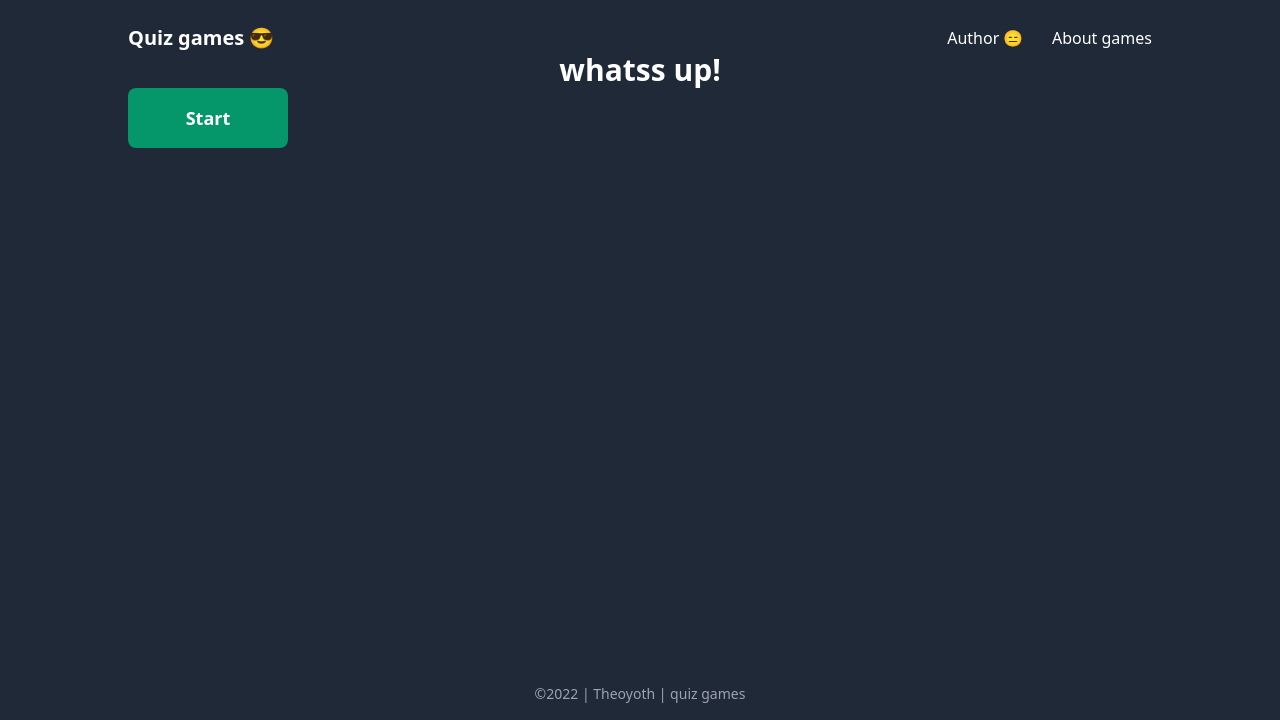
Repository: theoyoth/quiz-game
Page: /
The author's editor kept a copy of each file at every save. The page is drawn from the files as they stood at one save, then again after the next save.
The browser window is 1280 px wide. The pictures show the whole page.
The project was rebuilt for these pictures with package versions that can differ from the ones it lists, and the page was loaded fresh each time. The framework's server and built-in components were replaced by stand-ins that run in the browser. Also part of the build but not shown: nuxt.config.js, components/EndPage.vue, layouts/404.vue, layouts/error.vue, layouts/errorLayout.vue.

Above is the page before, as saved 2022-06-14 17:43:18.

### components/Footer.vue
.<template>
  <div class="absolute bottom-4 left-1/2 transform -translate-x-1/2 z-10">
    <p class="text-sm text-gray-400">&copy;2022 | Theoyoth | quiz games</p>
  </div>
</template>

<script>
export default {

}
</script>

### components/Header.vue
<template>
  <div class="flex justify-between items-center">
    <div>
      <h2 class="font-bold text-xl">
        <NuxtLink to="/">Quiz games 😎</NuxtLink>
      </h2>
    </div>
    <div class="w-1/5 flex justify-between items-center">
      <NuxtLink to="/">Author 😑</NuxtLink>
      <NuxtLink to="/about">About games</NuxtLink>
    </div>
  </div>
</template>

<script>
export default {

}
</script>

### components/Main.vue
<template>
  <div>
    <div class="px-32 py-6 min-h-screen bg-gray-800 text-white">
    <Header />
      <NuxtChild />
    <Footer />
    </div>
  </div>
</template>

<script>
export default {

}
</script>

### layouts/default.vue
<template>
  <Main>
      <Nuxt />
  </Main>
</template>

### pages/index.vue
<template>
  <div>
    <h1 class="text-3xl font-bold text-center">whatss up!</h1>
    <div class="flex items-center">
      <NuxtLink to="/game">
        <div class="w-40 p-4 bg-green-600 hover:bg-green-500 rounded-lg text-center">
          <p class="font-semibold text-lg">Start</p>
        </div>
      </NuxtLink>
    </div>
  </div>
</template>

<script>
export default {
}
</script>

Loaded but not shown: assets/css/main.css (common file); tailwind.config.js (common file)

After the next save:
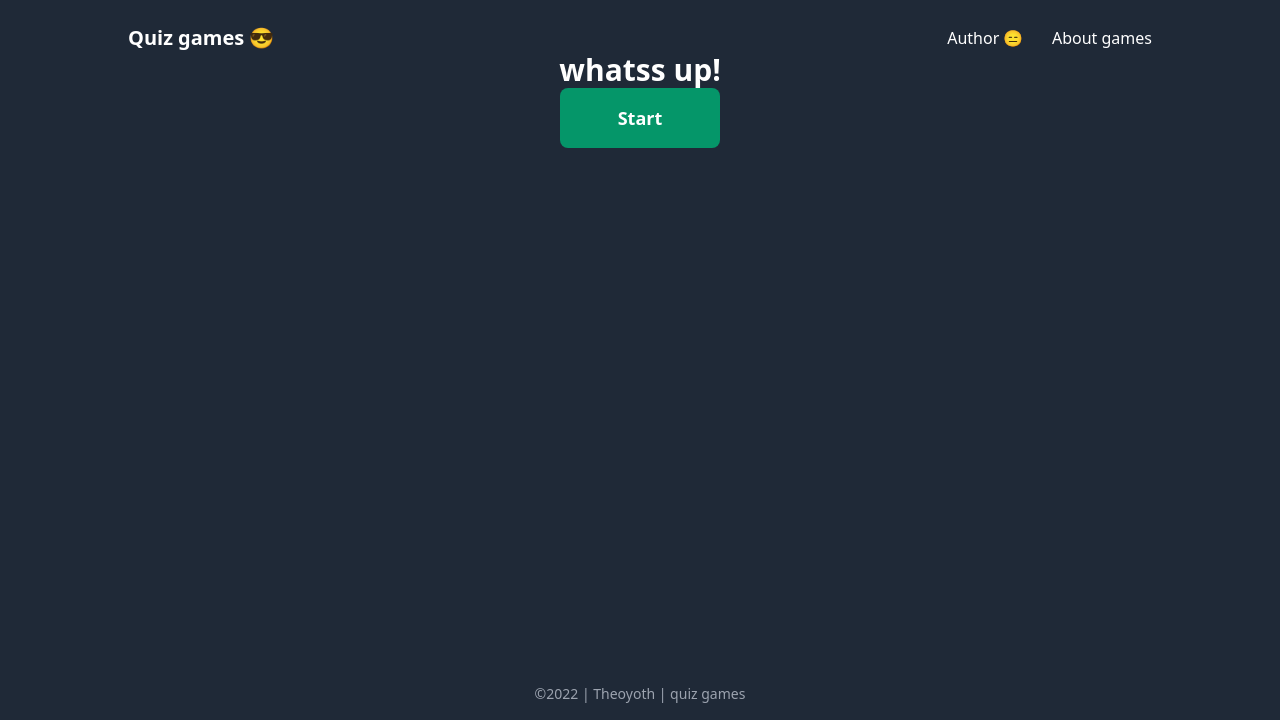
Saved 14 s later.
--- a/pages/index.vue
+++ b/pages/index.vue
@@ -1,7 +1,7 @@
 <template>
   <div>
     <h1 class="text-3xl font-bold text-center">whatss up!</h1>
-    <div class="flex items-center">
+    <div class="flex items-center justify-center">
       <NuxtLink to="/game">
         <div class="w-40 p-4 bg-green-600 hover:bg-green-500 rounded-lg text-center">
           <p class="font-semibold text-lg">Start</p>
